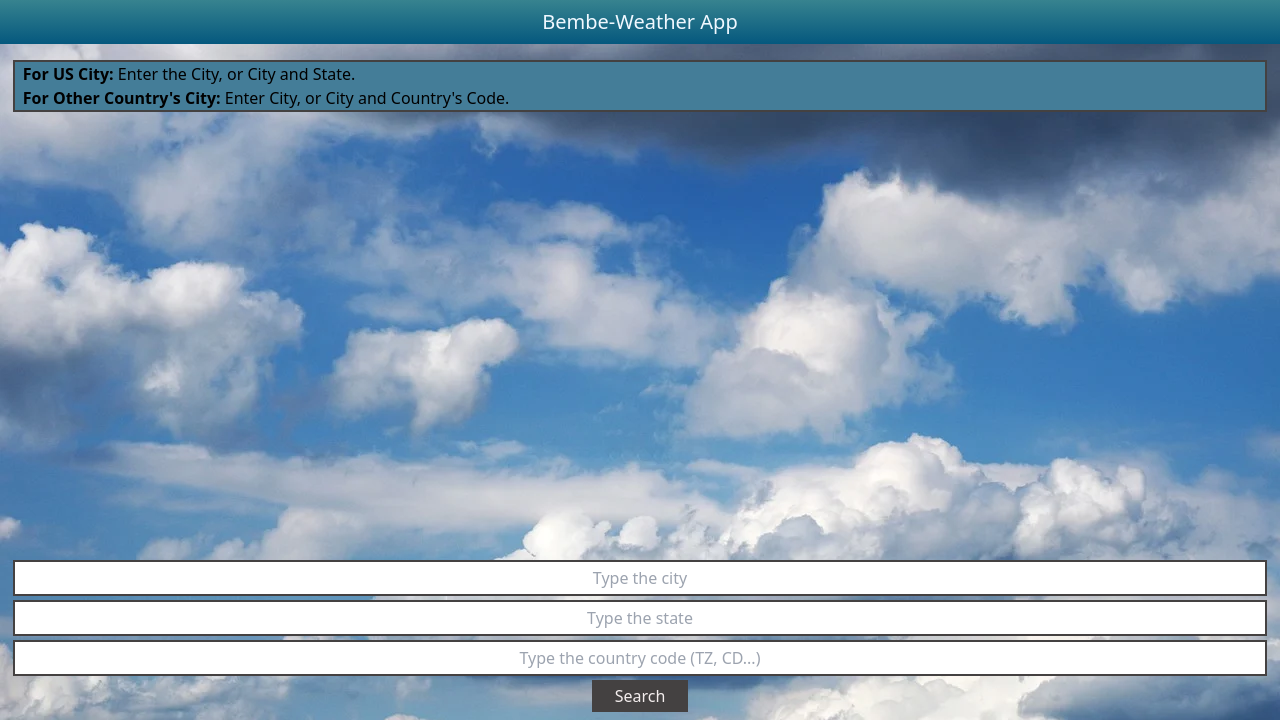
Repository: ShindanoSingi/bembe-weather
Page: /
An editor plug-in stored every save of this project. The page is shown before and after the next save, followed by the edit.
The browser window is 1280 px wide. The pictures show the whole page.
The page's requests for data from a server got no answer. The project was rebuilt for these pictures with package versions that can differ from the ones it lists, and the page was loaded fresh each time. No one was signed in, and anything a server would have sent is missing.

Above is the page before, as saved 2022-09-16 01:55:40.

After the next save:
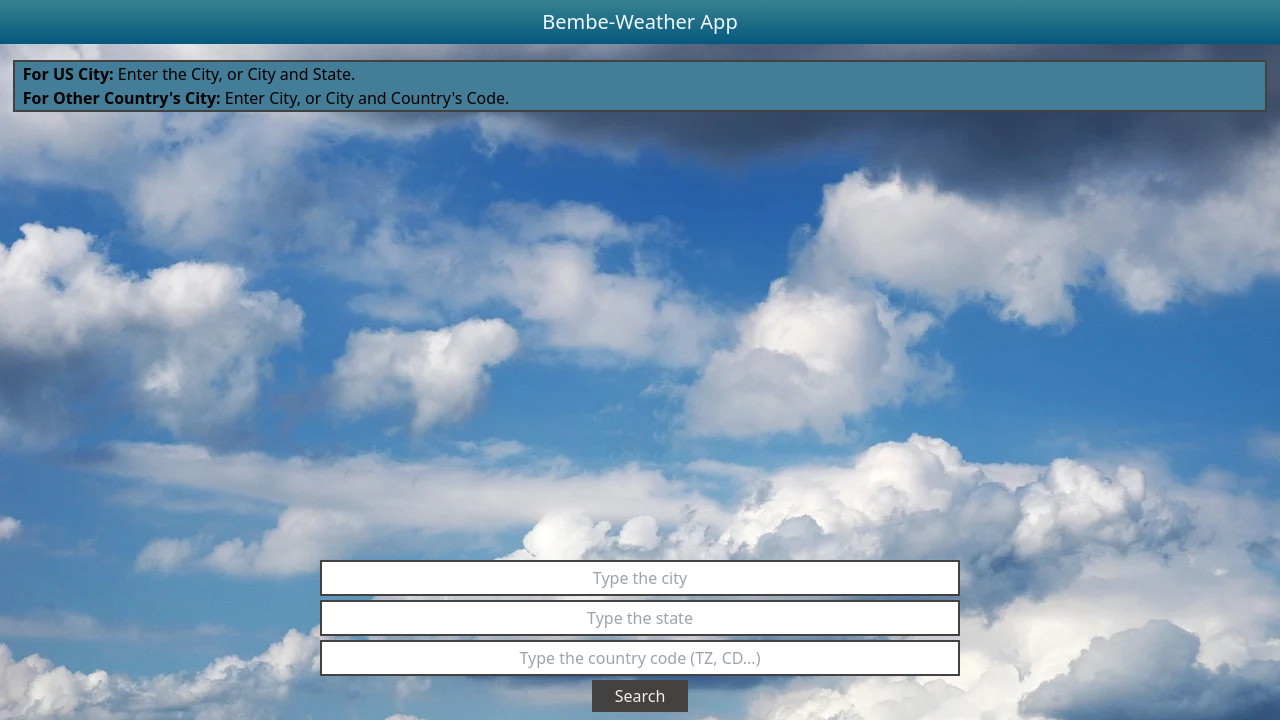
Saved 43 s later.
--- a/src/components/SearchForm.js
+++ b/src/components/SearchForm.js
@@ -15,7 +15,7 @@ const SearchForm = ({
         <div className="flex flex-col items-center gap-1 xl:flex xl:flex-col xl:gap-6 lg:flex lg:flex-col lg:gap-2 form-container">
           <div className="flex flex-col gap-1 xl:flex xl:flex-col xl:gap-6 lg:flex lg:flex-col lg:gap-2 md:flex md:flex-col md:gap-2">
           <input
-          className="px-3 xl:text-3xl xl:rounded-lg xl:w-[80vw] xl:py-2 py-1 w-[98vw] lg:p-2 lg:rounded-md lg:text-3xl lg:w-[80vw] md:text-3xl md:w-[70vw] md:rounded-md text-center md:p-2 cityInput"
+          className="px-3 xl:text-3xl xl:rounded-lg xl:w-[80vw] xl:py-2 py-1 w-[98vw] lg:p-2 lg:rounded-md lg:text-3xl 2xl:w-[50vw] lg:w-[80vw] md:text-3xl md:w-[70vw] md:rounded-md text-center md:p-2 cityInput"
           placeholder="Type the city"
           type="text"
           name="SearchString"
